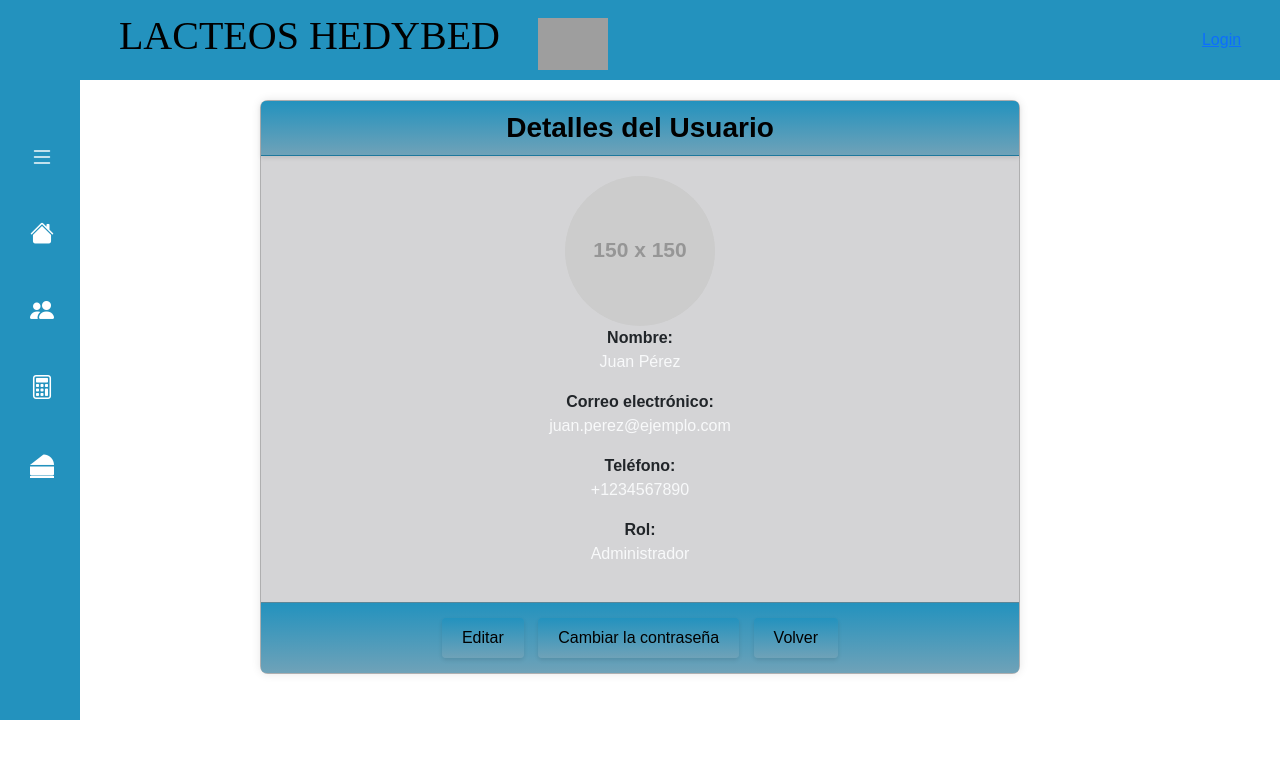
Repository: danielsanz08/RENDER
Page: http://localhost/ver_perfil/
The author's editor kept a copy of each file at every save. The page is drawn from the files as they stood at one save, then again after the next save.
The browser window is 1280 px wide. The pictures show the whole page.
Pictures or frames that could not be fetched are drawn as grey boxes. The page is served by the project's application, run on Django 4.2 (manage.py).

Above is the page before, as saved 2024-08-05 16:28:39.
Console error: TypeError: Cannot read properties of null (reading 'addEventListener')

After the next save:
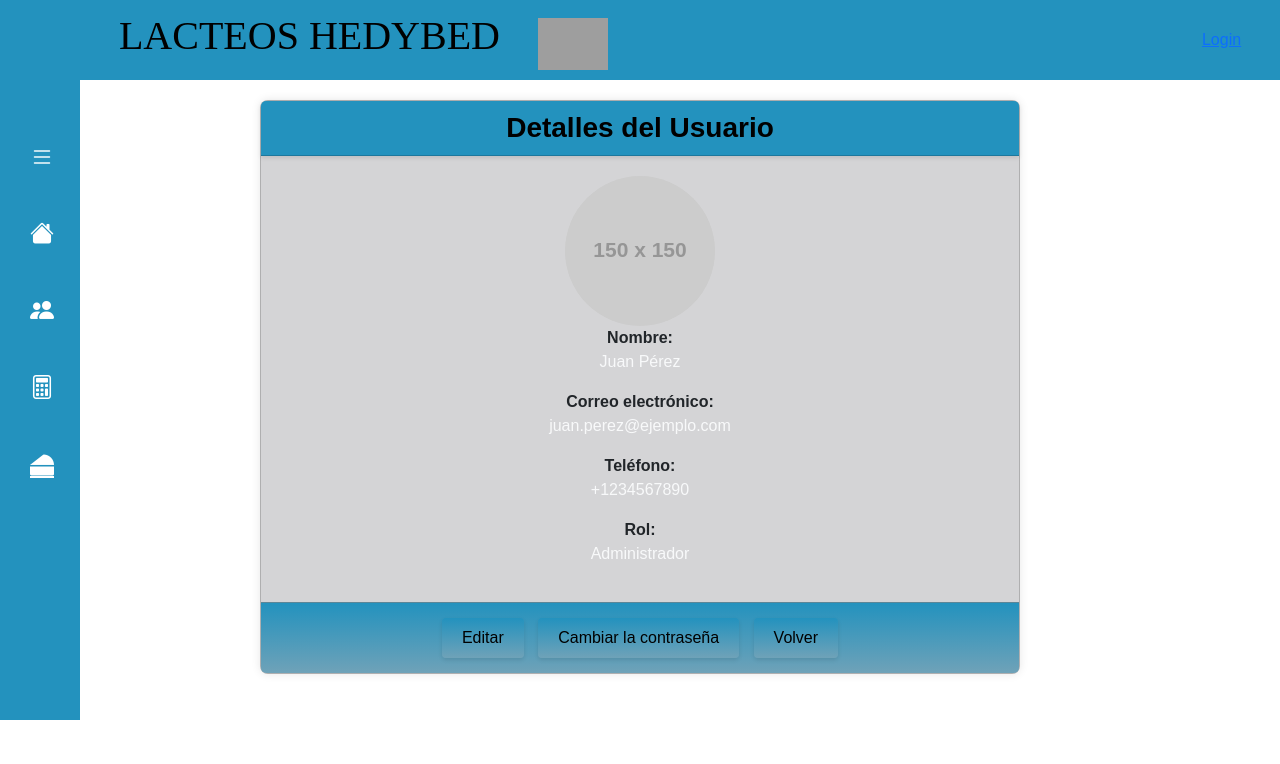
Saved 5 s later.
--- a/libreria/static/css/ver_perfil.css
+++ b/libreria/static/css/ver_perfil.css
@@ -17,7 +17,7 @@ body.dark .card {
     box-shadow: 0 0 10px rgba(0, 0, 0, 0.1);
 }
 .card-header {
-    background: linear-gradient(to bottom, #2392be, #6fa2b8);
+    background-color: #2392be;
     box-shadow: 0 2px 4px rgba(0, 0, 0, 0.1);
     color: #000000;
     padding: 10px 20px;
